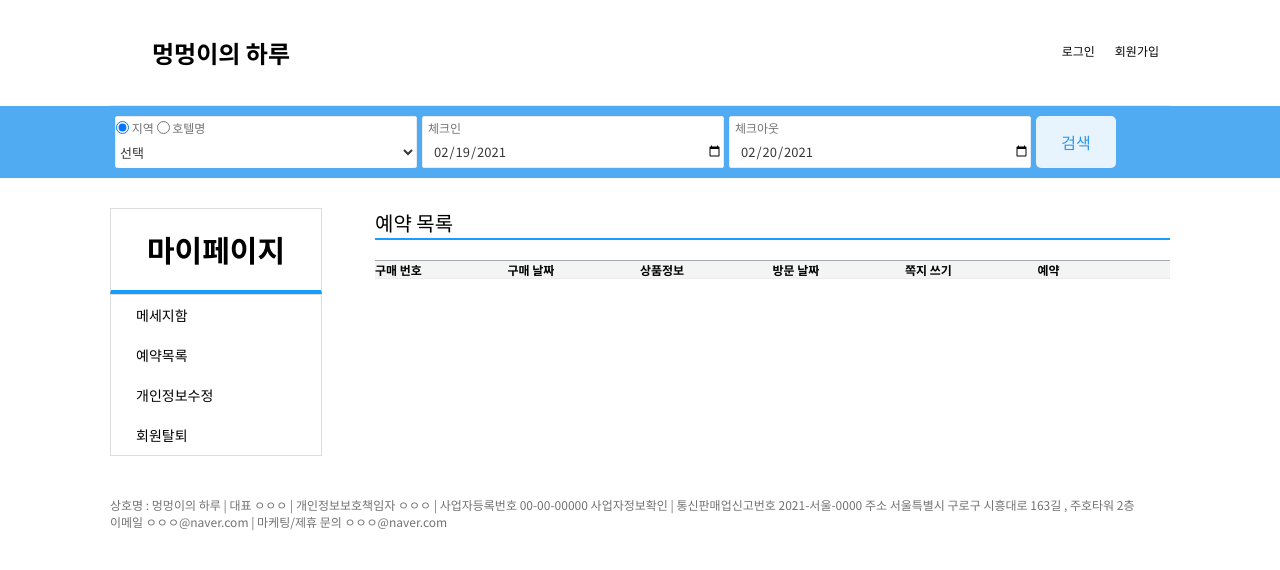
Repository: sondaeu/daeun
Page: http://localhost/Petopia/WEB-INF/views/member/reservationList.jsp
These files come from the project's save history. The page is drawn as it stood at one moment and after the next save; the edit follows.
The browser window is 1280 px wide. The pictures show the whole page.
The page is served by Tomcat 9. Nobody is signed in. The template is opened directly, without the code that normally fills it, so the values that code supplies are empty.

Above is the page before, as saved 2021-02-24 05:56:39.

After the next save:
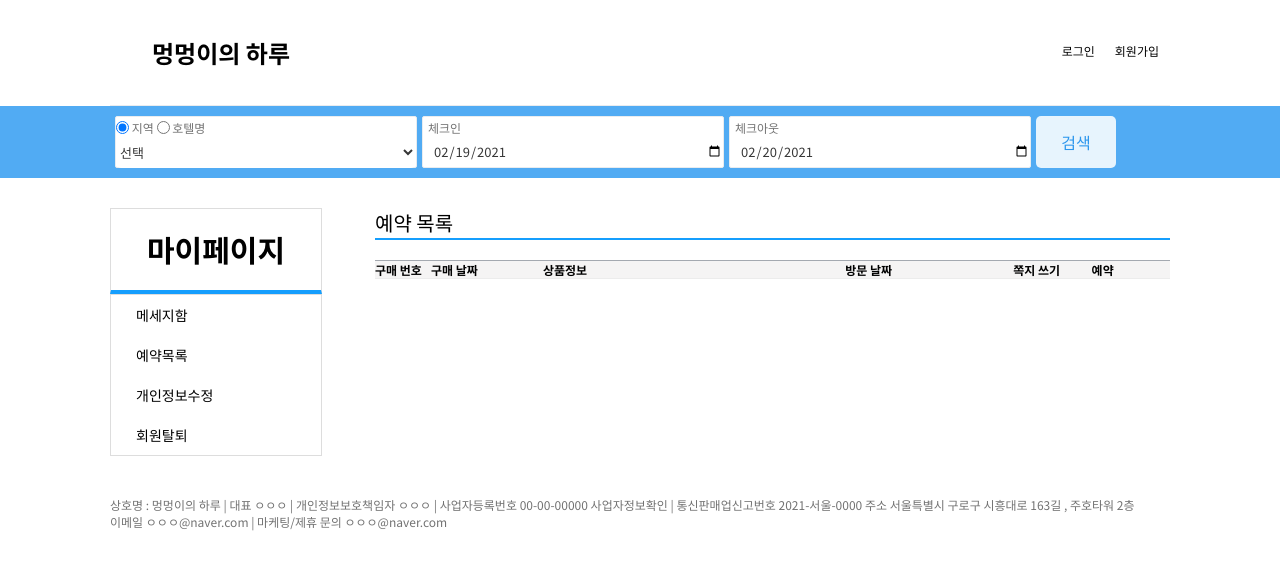
Saved 74 s later.
--- a/WEB_CODES/Petopia/src/main/webapp/WEB-INF/views/member/reservationList.jsp
+++ b/WEB_CODES/Petopia/src/main/webapp/WEB-INF/views/member/reservationList.jsp
@@ -98,12 +98,12 @@ td button{
 
 							<thead>
 								<tr>
-                <th>구매 번호</th>
-									<th>구매 날짜</th>
-									<th>상품정보</th>
-									<th>방문 날짜</th>
-									<th>쪽지 쓰기</th>
-                  <th>예약</th>
+                <th width="50px;">구매 번호</th>
+									<th width="100px;">구매 날짜</th>
+									<th width="270px;">상품정보</th>
+									<th width="150px;">방문 날짜</th>
+									<th width="70px;">쪽지 쓰기</th>
+                  <th width="70px;">예약</th>
 								</tr>
 							</thead>
 							<tbody id="MyNoteData">
